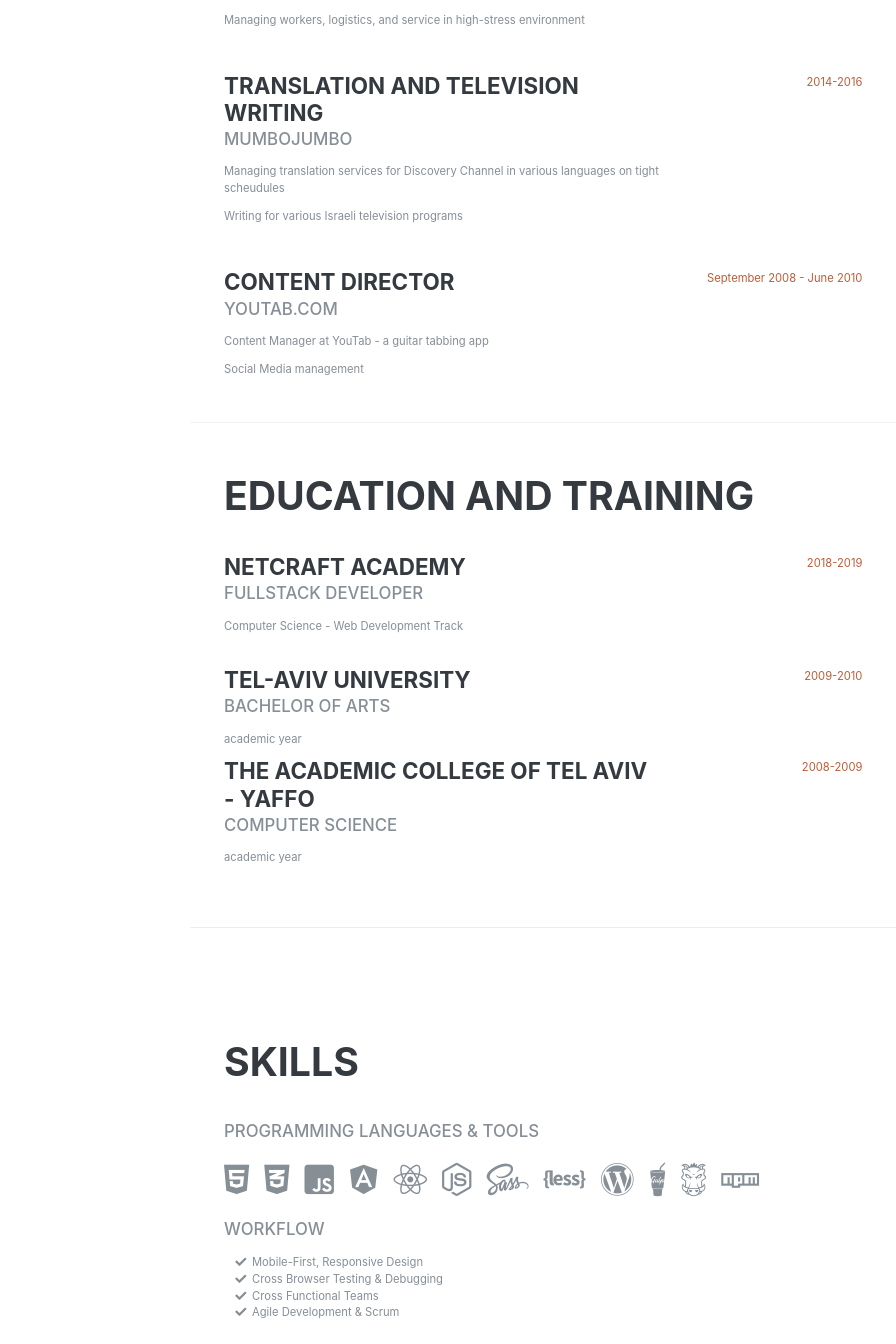
Repository: AlonGur/resume
Page: index.html
These files come from the project's save history. The page is drawn as it stood at one moment and after the next save; the edit follows.
The browser window is 1280 px wide. The pictures show the part of the page from y = 958 to 2878 px (the page is 4446 px tall), at 70% of full size.
Some web fonts or font styles are not loaded; a fallback is used.

Above is the page before, as saved 2019-06-07 16:09:35.

After the next save:
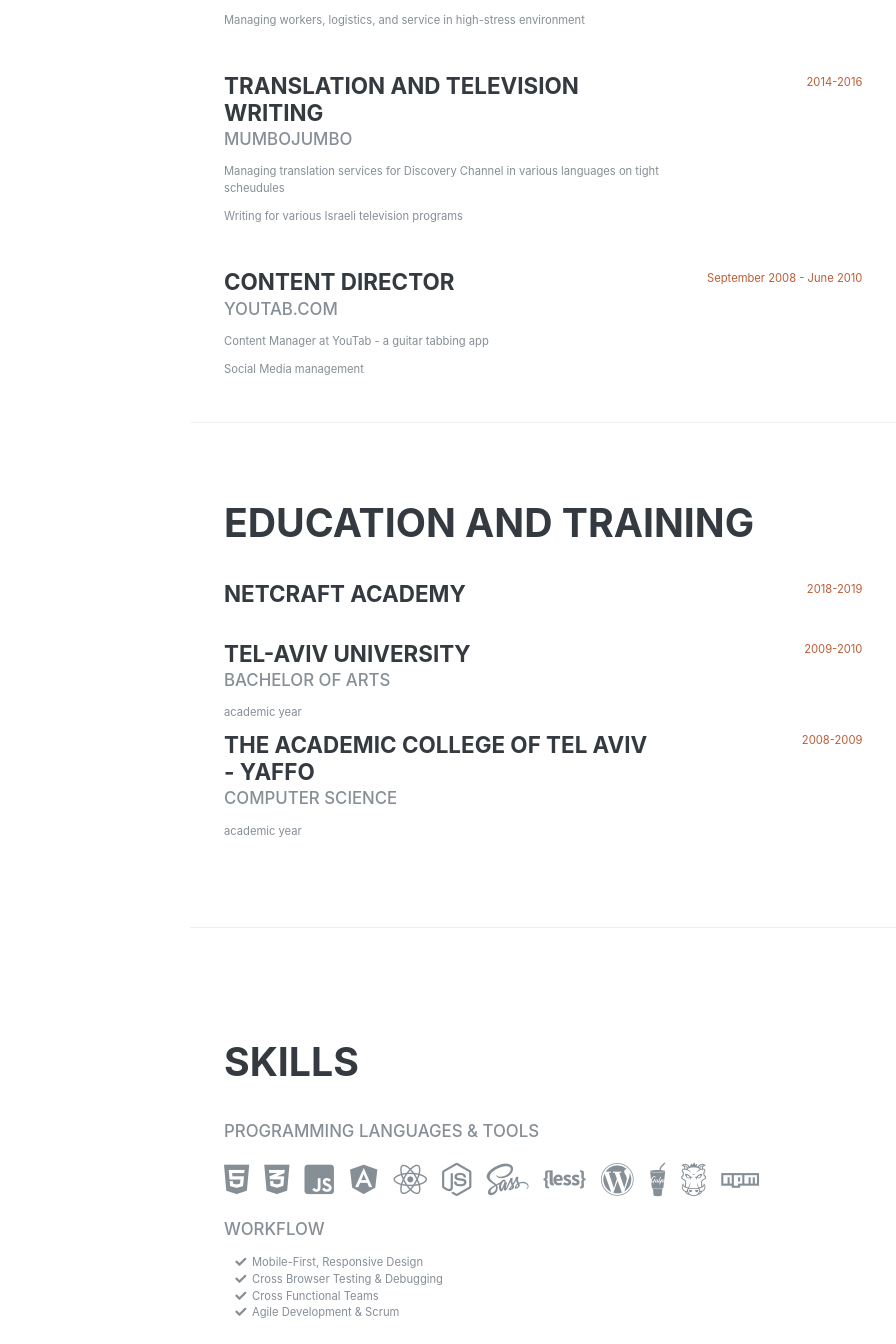
Saved 53 s later.
--- a/index.html
+++ b/index.html
@@ -139,8 +139,7 @@
         <div class="resume-item d-flex flex-column flex-md-row justify-content-between mb-5">
           <div class="resume-content">
             <h3 class="mb-0">Netcraft Academy</h3>
-            <div class="subheading mb-3">Fullstack Developer</div>
-            <div>Computer Science - Web Development Track</div>
+
           </div>
           <div class="resume-date text-md-right">
             <span class="text-primary">2018-2019</span>
